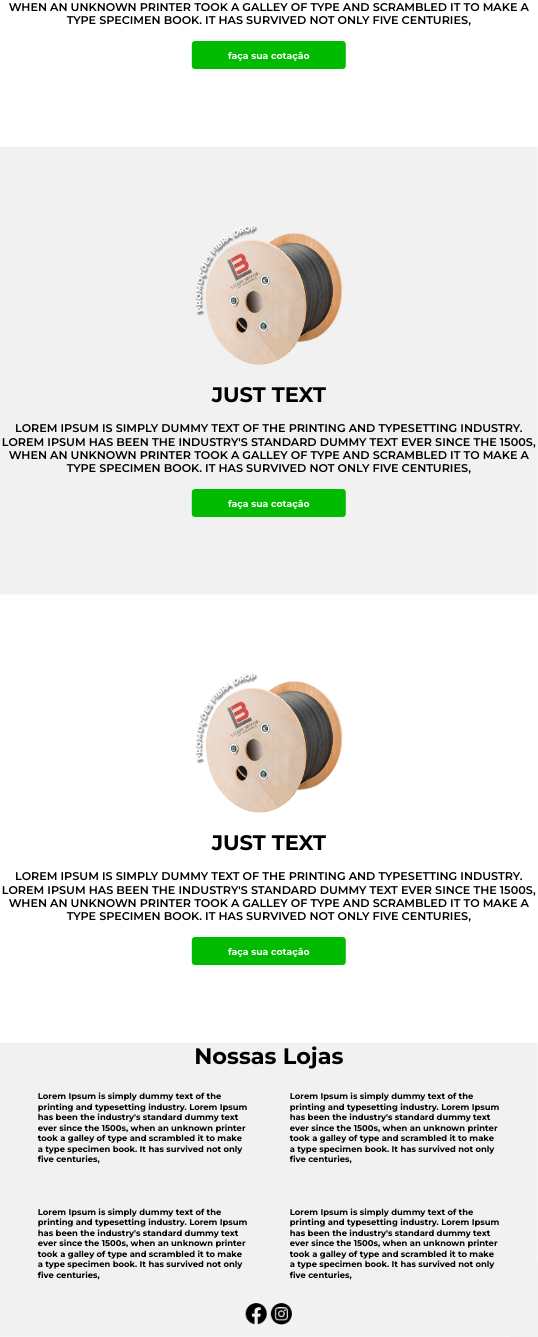
Repository: mateus-henrique-silva/landing_drop
Page: index.html
The author's editor kept a copy of each file at every save. The page is drawn from the files as they stood at one save, then again after a run of saves.
The browser window is 768 px wide. The pictures show the part of the page from y = 2191 to 4431 px (the page is 4101 px tall before and 4431 px after), at 70% of full size.
Backgrounds fixed to the window are drawn as part of the page. Some web fonts or font styles are not loaded; a fallback is used.

Above is the page before, as saved 2022-08-26 17:06:24.

### index.html
<!DOCTYPE html>
<html lang="en">
  <head>
    <meta charset="UTF-8" />
    <meta http-equiv="X-UA-Compatible" content="IE=edge" />
    <meta name="viewport" content="width=device-width, initial-scale=1.0" />
    <link rel="stylesheet" href="./src/CSS/Footer/Styles.css" />
    <link rel="stylesheet" href="./src/CSS/Header/styles.css" />
    <link rel="stylesheet" href="./src/CSS/Main/styles.css" />
    <link rel="stylesheet" href="./src/CSS/Global.css" />
    <link rel="stylesheet" href="./src/CSS/Header/Clock/styles.css" />
    <link rel="stylesheet" href="./src/CSS/Main/cotação/cotacao.css" />
    <link rel="stylesheet" href="./src/CSS/Main/icons/styles.css" />
    <title>Drop Líder Brasil</title>
  </head>
  <body>
    <header>
      <img src="./src/Assets/clock.svg" alt="imagem icon" srcset="" />

      <div class="regressive-count">
        <div class="ajust">
          <div id="day">00</div>
          <p style="font-size: 12px">Dias</p>
        </div>
        <span>:</span>
        <div class="ajust">
          <div id="hour">00</div>
          <p style="font-size: 12px; text-align: center">Horas</p>
        </div>
        <span>:</span>
        <div class="ajust">
          <div id="minute">00</div>
          <p style="font-size: 12px">Minutos</p>
        </div>
        <span>:</span>
        <div class="ajust">
          <div id="sec">00</div>
          <p style="font-size: 12px">Segundos</p>
        </div>
      </div>
    </header>
    <main>
      <section class="main">
        <div class="main-first">
          <div class="main-first-two">
            <img src="./src/Assets/logo.png" alt="" class="logo" />
            <div class="text-main">
              <p>Compre com o melhor</p>
              <p>Distribuidora para</p>
              <p>Provedores de internet</p>
            </div>

            <button class="btn-main-first">Faça seu Orçamento Agora</button>
          </div>
        </div>
        <div class="main-second">
          <img src="./src/Assets/lb.png" alt="" class="img-drop" />
        </div>
      </section>

      <section class="icons">
        <div class="icons-config">
          <img src="./src/Assets/icons/one.png" alt="" srcset="" />
          <p>Compra Segura</p>
        </div>
        <div class="icons-config">
          <img src="./src/Assets/icons/two.png" alt="" srcset="" />
          <p>Compra Segura</p>
        </div>
        <div class="icons-config">
          <img src="./src/Assets/icons/three.png" alt="" srcset="" />
          <p>Compra Segura</p>
        </div>
        <div class="icons-config">
          <img src="./src/Assets/icons/four.png" alt="" srcset="" />
          <p>Compra Segura</p>
        </div>
      </section>
      <section class="cotacao">
        <div class="img-king-cable">
          <img src="./src/Assets/lb.png" alt="" class="king" />
        </div>
        <div class="just-text">
          <h2>just text</h2>
          <p>
            Lorem Ipsum is simply dummy text of the printing and typesetting
            industry. Lorem Ipsum has been the industry's standard dummy text
            ever since the 1500s, when an unknown printer took a galley of type
            and scrambled it to make a type specimen book. It has survived not
            only five centuries,
          </p>
          <button class="btn-king">faça sua cotação</button>
        </div>
      </section>

      <section class="cotacao-two">
        <div class="img-king-cable">
          <img src="./src/Assets/lb.png" alt="" class="king" />
        </div>
        <div class="just-text">
          <div class="ajust-two">
            <h2>just text</h2>
            <p>
              Lorem Ipsum is simply dummy text of the printing and typesetting
              industry. Lorem Ipsum has been the industry's standard dummy text
              ever since the 1500s, when an unknown printer took a galley of
              type and scrambled it to make a type specimen book. It has
              survived not only five centuries,
            </p>
            <button class="btn-king">faça sua cotação</button>
          </div>
        </div>
      </section>
      <section class="cotacao">
        <div class="img-king-cable">
          <img src="./src/Assets/lb.png" alt="" class="king" />
        </div>
        <div class="just-text">
          <h2>just text</h2>
          <p>
            Lorem Ipsum is simply dummy text of the printing and typesetting
            industry. Lorem Ipsum has been the industry's standard dummy text
            ever since the 1500s, when an unknown printer took a galley of type
            and scrambled it to make a type specimen book. It has survived not
            only five centuries,
          </p>
          <button class="btn-king">faça sua cotação</button>
        </div>
      </section>
      <section class="cotacao-two">
        <div class="img-king-cable">
          <img src="./src/Assets/lb.png" alt="" class="king" />
        </div>
        <div class="just-text">
          <div class="ajust-two">
            <h2>just text</h2>
            <p>
              Lorem Ipsum is simply dummy text of the printing and typesetting
              industry. Lorem Ipsum has been the industry's standard dummy text
              ever since the 1500s, when an unknown printer took a galley of
              type and scrambled it to make a type specimen book. It has
              survived not only five centuries,
            </p>
            <button class="btn-king">faça sua cotação</button>
          </div>
        </div>
      </section>
    </main>
    <footer>
      <h1>Nossas Lojas</h1>
      <div class="container">
        <div class="container-content">
          <p>
            Lorem Ipsum is simply dummy text of the printing and typesetting
            industry. Lorem Ipsum has been the industry's standard dummy text
            ever since the 1500s, when an unknown printer took a galley of type
            and scrambled it to make a type specimen book. It has survived not
            only five centuries,
          </p>

          <p>
            Lorem Ipsum is simply dummy text of the printing and typesetting
            industry. Lorem Ipsum has been the industry's standard dummy text
            ever since the 1500s, when an unknown printer took a galley of type
            and scrambled it to make a type specimen book. It has survived not
            only five centuries,
          </p>
        </div>

        <div class="container-content">
          <p>
            Lorem Ipsum is simply dummy text of the printing and typesetting
            industry. Lorem Ipsum has been the industry's standard dummy text
            ever since the 1500s, when an unknown printer took a galley of type
            and scrambled it to make a type specimen book. It has survived not
            only five centuries,
          </p>

          <p>
            Lorem Ipsum is simply dummy text of the printing and typesetting
            industry. Lorem Ipsum has been the industry's standard dummy text
            ever since the 1500s, when an unknown printer took a galley of type
            and scrambled it to make a type specimen book. It has survived not
            only five centuries,
          </p>
        </div>
      </div>
      <div class="social-icon">
        <a href="https://www.facebook.com/liderbrasildistribuidora">
          <img src="./src/Assets/icons/face.png" alt=""
        /></a>
        <a href="https://www.instagram.com/liderbrasildistribuidora/"
          ><img src="./src/Assets/icons/insta.png" alt=""
        /></a>
      </div>
    </footer>
    <script src="./src/Script/clock/script.js"></script>
  </body>
</html>

### src/CSS/Footer/Styles.css
footer {
  width: 100%;
  height: 100%;
  display: flex;
  flex-direction: column;
  justify-content: center;
  align-items: center;
  background-color: #f1f1f1;
}

footer .container {
  display: flex;
}

footer .container .container-content {
  width: 100%;
  justify-content: center;
  display: flex;
  flex-direction: column;

  justify-content: space-around;
}

footer .container .container-content p {
  width: 300px;
  margin: 30px;
  font-size: 12px;
  font-weight: bold;
}

footer .social-icon {
  width: 100%;
  display: flex;
  justify-content: center;
  margin-bottom: 10px;
}

footer .social-icon img {
  cursor: pointer;
  margin: 3px;
  width: 30px;
}


@media(max-width:836px){

}

### src/CSS/Header/styles.css
header{
    width:100%;
    position: fixed;
    background-color: #f46464;
    height:70px;
    display:flex;
    position:fixed;
    align-items:center;
    justify-content:center;
}
header span{
    font-size:30px;
}

header img{
    width:38px;
    height:38x;
}

### src/CSS/Main/styles.css
main {
  width: 100%;
  max-width: 100vw;
}

.main {
  width: 100%;
  height: 100vh;
  display: flex;
  background: url("../../Assets/city.jpg") no-repeat fixed center;
  background-size: cover;
}

.main .main-first {
  display: flex;
  flex-direction: column;
  width: 50vw;
  align-items: center;
  justify-content: center;
  height: 100%;
}

.main .main-first img {
  width: 200px;
  height: 180px;
}
.main .main-first .text-main {
  color: white;
  margin-top: 25px;

  font-size: 30px;
  font-weight: bold;
  text-align: left ;
}
.main .main-second {
  width: 50vw;
  height: 100%;
  justify-content: center;
  align-items: center;
  display: flex;
}
.main .main-second img {
  width: 350px;
  height: 300px;
}

.btn-main-first {
  text-transform: uppercase;
  font-weight: bold;
  margin-top: 25px;
  cursor: pointer;
  padding: 10px 20px 10px;
  background-color: white;
  -webkit-box-shadow: 0px 0px 11px 1px rgba(0, 0, 0, 0.36);
  box-shadow: 0px 0px 11px 1px rgba(0, 0, 0, 0.36);
}


@media(max-width:836px){
  .main{
    display: block;
  }


.main .main-first {
  width: 100%;
  display: flex;
  flex-direction: column;
  justify-content: center;
  align-items: center;
  text-align: center;
}

.main .main-first .main-first-two .logo {
  width:160px;
  height: 150px;
  margin-top: 100px;
}
.text-main{
  text-align: center!important;
}
.main .main-second {
width: 100%;

margin-top:50px;

}

.main{
  height: 100%;
}

main .main .main-second img.img-drop{
  width: 210px;
  margin-bottom: 20px;
  height: 200px;
}
}

### src/CSS/Global.css


@import url('https://fonts.googleapis.com/css2?family=Blaka+Hollow&family=Cormorant+Garamond:ital,wght@0,300;0,400;0,500;0,600;0,700;1,300;1,400;1,500;1,600;1,700&family=Montserrat:ital,wght@0,100;0,200;0,300;0,400;0,500;0,600;0,700;0,800;0,900;1,100;1,200;1,300;1,400;1,500;1,600;1,700;1,800;1,900&family=Poppins:ital,wght@0,100;0,200;0,300;0,400;0,500;0,600;0,700;0,800;0,900;1,100;1,200;1,300;1,400;1,500;1,600;1,700;1,800;1,900&display=swap');
*{
    margin: 0;
    padding: 0;
    border: 0;
    font-family: 'Montserrat', sans-serif;
}

### src/CSS/Header/Clock/styles.css
header .regressive-count{
    display: flex;
    color: white;
    margin-left:10px;
    height:100%;
    align-items: center;
    justify-content: center;


}

header .regressive-count div{
   font-size:30px;

   font-weight:bold;



}
@media(max-width:500px){
header img{
    display: none;
}
header .regressive-count{
    margin-left: 0px;
}
}
.ajust{
    text-align:center;
    width:80px;
}

### src/CSS/Main/cotação/cotacao.css
.cotacao {
  width: 100%;
  display: flex;
  height: 90vh;
  background-color:#f1f1f1;
  justify-content: center;
  align-items: center;
}


.cotacao-two {
    width: 100%;
    display: flex;
    height: 90vh;
    flex-direction: row-reverse;
    background-color:white;
    justify-content: center;
    align-items: center;
  }



.cotacao-two .just-text{
    display: flex;
    flex-direction: column;
    justify-content:center;
    align-items: center;
    color: black;
    width:50vw;
  }



.cotacao-two .just-text p{
    text-transform: uppercase;
    font-weight:600;
    width: 100%;
  }



.img-king-cable{
    display: flex;
    justify-content:center;
    width: 50vw;
}

.img-king-cable .king{
  width: 350px;
  height:300px;
}

.just-text{
    display: flex;
    flex-direction: column;
    justify-content:center;
    color: black;
    width:50vw;
}

.just-text h2{
    font-size: 30px;
    text-transform: uppercase;
    font-weight:bold;
    margin-bottom: 20px;
}

.just-text p{
    text-transform: uppercase;
    font-weight:600;
    width: 60%;
}
.btn-king{
    cursor: pointer;
    font-weight: bold;
    color: white;
    border-radius: 5px;
    margin-top: 20px;
    background-color: #01bb00;
   width: 220px;
   height: 40px;
}
@media(max-width: 836px){
    .just-text{
        display: block;
        width:100%;
    }
    .img-king-cable{

        width: 100%;
    }

    .cotacao {

        flex-direction: column;
        align-items:center;
        justify-content:center;
       text-align: center;
       height:80vh;
    }

    .cotacao-two {

        flex-direction: column;
        align-items:center;
        justify-content:center;
       text-align: center;
       height:80vh;
    }
    .just-text p{

        width: 100%;
    }

    main .cotacao .img-king-cable img.king{
        width: 210px;
        height:200px;
        margin-bottom: 25px;
    }

    main .cotacao-two .img-king-cable img.king{
        width: 210px;
        height:200px;
        margin-bottom: 25px;
    }
    .cotacao-two .just-text{
        width: 100%!important;
    }

    .ajust-two{
        width: 100%!important;
    }


    .ajust-two p{
        width: 100%!important;
    }

}


.ajust-two{
    width: 30vw;
}

### src/CSS/Main/icons/styles.css
.icons{
    height:20vh;
    background-color: white;
    display: flex;
    justify-content:space-around;
    width:100%;

    max-width:100vw;
}

.icons .icons-config{
    height:100%;

    display: flex;
    align-items: center;
    justify-content: center;
}
.icons .icons-config img{
width:60px;
}

.icons .icons-config p{
    color:black;
    font-weight:bold;
}


@media(max-width:836px){
    .icons{
        flex-direction: column;
        height:50vh;
    }
    .icons .icons-config {
        flex-direction: column;

}


}

### src/Assets/clock.svg
<svg xmlns="http://www.w3.org/2000/svg" width="24" height="24" viewBox="0 0 24 24" fill="none" color="white" stroke="currentColor" stroke-width="2" stroke-linecap="round" stroke-linejoin="round" class="feather feather-clock"><circle cx="12" cy="12" r="10"></circle><polyline points="12 6 12 12 16 14"></polyline></svg>

### src/Script/clock/script.js
let to = new Date("aug 30 2022 18:00:0");
function uptade() {
  let from = new Date();
  diff = to - from;

  (day = setTwoDigit(Math.floor(diff / 1000 / 60 / 60 / 24))),
    (hour = setTwoDigit(Math.floor(diff / 1000 / 60 / 60) % 24)),
    (minute = setTwoDigit(Math.floor(diff / 1000 / 60) % 60)),
    (sec = setTwoDigit(Math.floor(diff / 1000) % 60)),
    (document.querySelector("#day").innerText = day);
  document.querySelector("#hour").innerText = hour;
  document.querySelector("#minute").innerText = minute;
  document.querySelector("#sec").innerText = sec;
}

let interval = setInterval(uptade, 1000);
function setTwoDigit(argument){
    return argument>9?argument:'0'+argument;
}

After the next 3 saves:
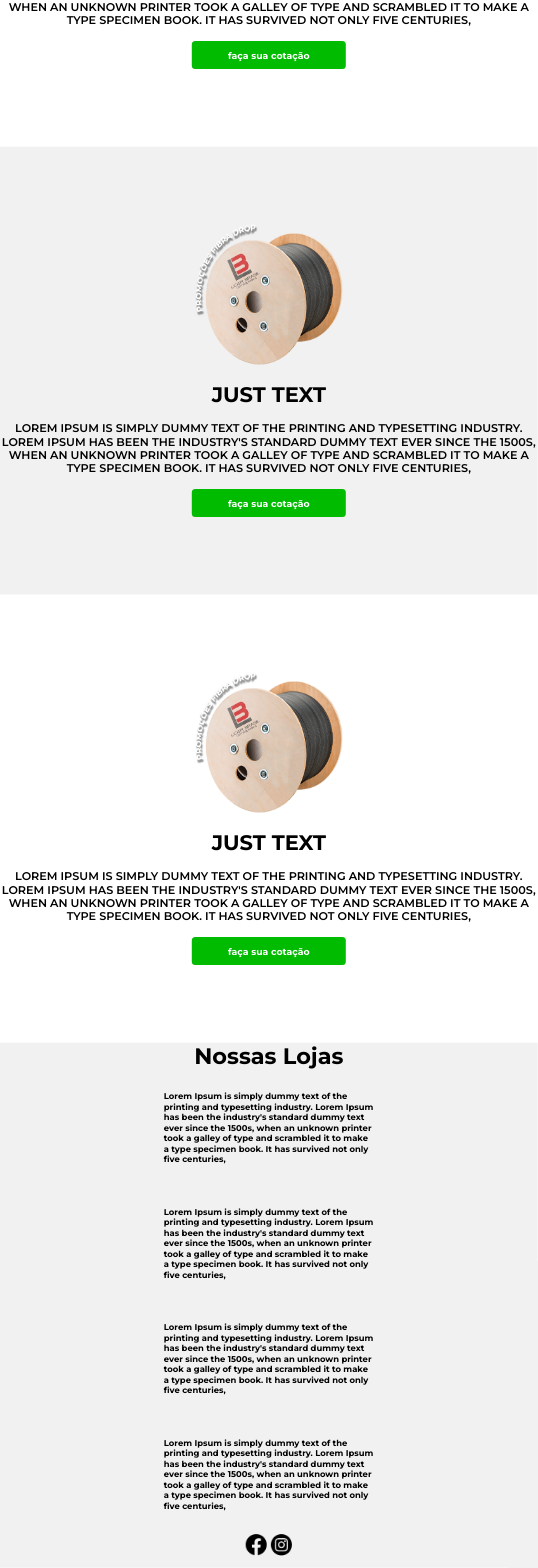
The 3 saves are shown as one change because they came seconds apart.
The last was saved 15 s later.
--- a/src/CSS/Footer/Styles.css
+++ b/src/CSS/Footer/Styles.css
@@ -43,5 +43,8 @@
 
 
 @media(max-width:836px){
-
+    footer .container {
+        display: flex;
+        flex-direction: column;
+      }
 }
